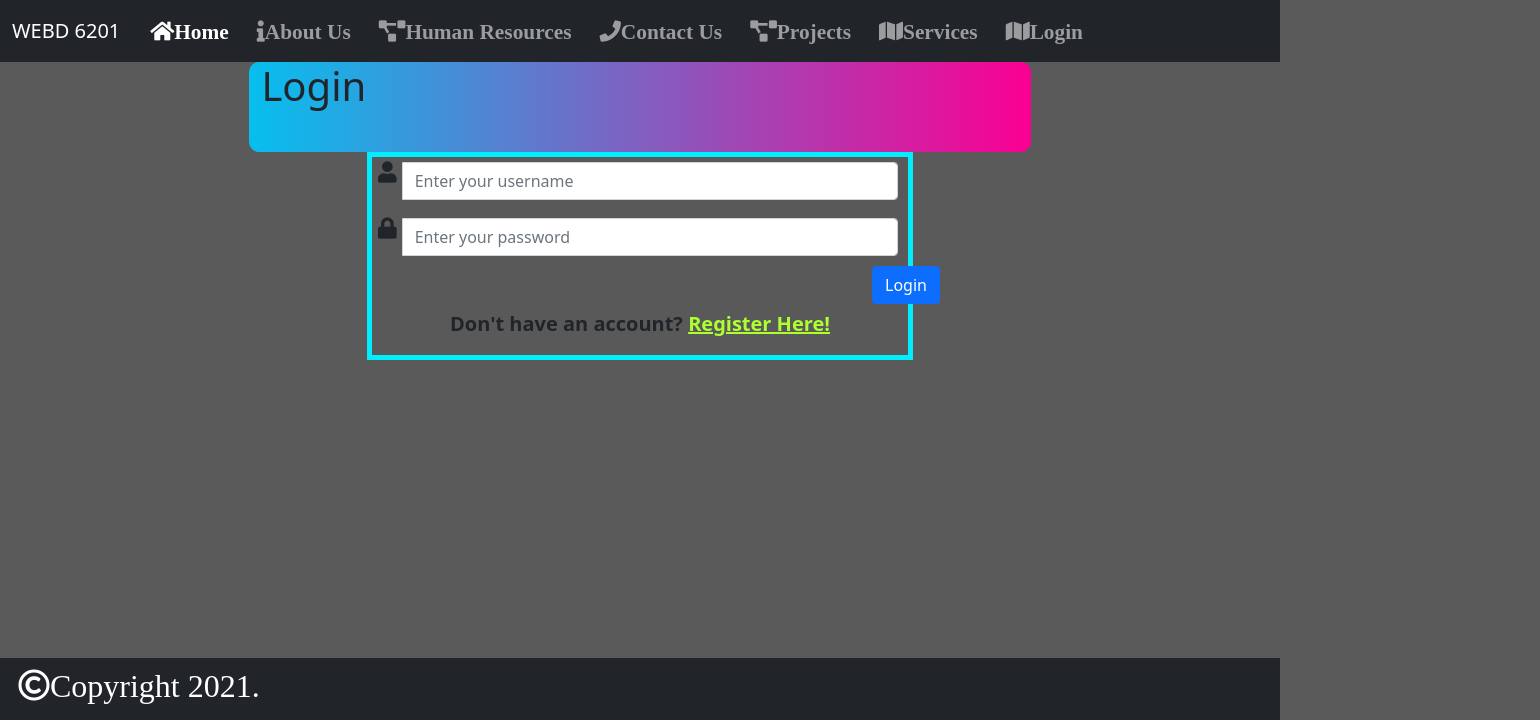
Repository: vans12345678/WEBD6201-W2021-Lab2
Page: login.html
These files come from the project's save history. The page is drawn as it stood at one moment and after the next save; the edit follows.
The browser window is 1280 px wide. The page is 1440 px wide, then 1540 px, so the pictures cover 1540 px, including what lies to the right of the window. The pictures show the whole page.

Above is the page before, as saved 2021-02-25 16:10:38.

### login.html
<!DOCTYPE html>
<html lang="en">
<head>
    <meta charset="UTF-8">
    <meta name="viewport" content="width=device-width, initial-scale=1.0">
    <title>Login</title>
    <!-- CSS Section -->
    <link rel="stylesheet" href="./node_modules/bootstrap/dist/css/bootstrap.min.css">
    <link rel="stylesheet" href="./node_modules/@fortawesome/fontawesome-free/css/all.min.css">
    <link rel="stylesheet" href="./Content/app.css">
</head>
<body>
    <!-- Main Header -->
    <header>
        <!-- Main Navigation -->
        <nav class="navbar navbar-expand-lg navbar-dark bg-dark">
            <div class="container-fluid">
                <a id ="navHome" class="navbar-brand" href="index.html"></a>
                <button class="navbar-toggler" type="button" data-bs-toggle="collapse" data-bs-target="#navbarSupportedContent" aria-controls="navbarSupportedContent" aria-expanded="false" aria-label="Toggle navigation">
                  <span class="navbar-toggler-icon"></span>
                </button>
                <div class="collapse navbar-collapse" id="navbarSupportedContent">
                  <ul id = "ulNav" class="navbar-nav me-auto mb-2 mb-lg-0">
                    <li class="nav-item">
                      <a  class="nav-link active" aria-current="page" href="index.html"><i id ="navIndex"class = "fas fa-home fa-lg"></i></a>
                    </li>
                    <li class="nav-item" id ="navAbout">
                      <a  class="nav-link " aria-current="page" href="about.html"><i id ="navAboutItem"class = "fas fa-info fa-lg"></i></a>
                    </li>
                    <li class="nav-item">
                      <a  class="nav-link " aria-current="page" href="contact.html"><i id ="navContact"class = "fas fa-phone fa-lg"></i></a>
                    </li>
                    <li class="nav-item">
                      <a  class="nav-link" aria-current="page" href="projects.html"><i id ="navProjects" class ="fas fa-project-diagram fa-lg">Products</i></a>
                    </li>
                    <li class="nav-item">
                      <a  class="nav-link " aria-current="page" href="services.html"><i id ="navServices"class = "fas fa-map fa-lg"></i></a>
                    </li>
                    <li class="nav-item">
                      <a  class="nav-link " aria-current="page" href="login.html"><i id ="navLogin"class = "fas fa-map fa-lg"></i></a>
                    </li>
                  </ul>
                </div>
              </div>
          </nav>
    </header>

    <!-- Main Content -->
    <main class="container" id="mainContent">
        <h1 class = "container">Login</h1>
      <div class="row">
          <div class="offset-md-3 col-md-6 col-sm-12">
                <div class="login" id="contentArea"></div>
                    <div id = "messageArea"></div>
                    <form class = "fromBackground" id="loginForm" novalidate>
                      <div class="form-group mb-2">
                        <div class="input-group">
                          <span class="input-group-addon">
                            <i class="fa fa-user fa-lg">
                            </i>
                          </span>
                          <input type="text" class="form-control inputMargin" id="username" name="username"  required
                          value="" placeholder="Enter your username">
                        </div>
                      </div>
                      <div class="form-group">
                        <div class="input-group">
                          <span class="input-group-addon">
                            <i class="fa fa-lock fa-lg">
                            </i>
                          </span>
                          <input type="password" class="form-control inputMargin" id="password" name="password"  required
                          value="" placeholder="Enter your password">
                        </div>
                      </div>
                      <div class="text-right">
                        <button id="submitButton" type="submit" class="btn btn-primary btn-md buttonMargin">Login</button>
                      </div>
                      <p class="text-center fs-5 fw-bold">
                        Don't have an account?
                        <a href="register.html">Register Here!</a>
                    </p>
                    </form>
                </div>

          </div>
      </div>
  </main>

    <!-- Main Footer -->
    <footer>
        <nav class="navbar fixed-bottom navbar-dark bg-dark">
            <div class="container-fluid">
                <h4><i id = "footer" class="far fa-copyright fa-lg site-footer"></i></h4>
            </div>
          </nav>
    </footer>
    <!-- Script Section -->
    <script src="./node_modules/jquery/dist/jquery.min.js"></script>
    <script src="./node_modules/bootstrap/dist/js/bootstrap.bundle.min.js"></script>
    <script src="./Scripts/app.js"></script>
</body>
</html>

### Content/app.css
/* custom css goes here */
.Vapor {
    background-image: url('../images/vapor.jpg');
    background-repeat: no-repeat;
    background-attachment: fixed;
    background-size: 100% 100%;
  }
  a {
    color: greenyellow;
  }
  .textFont
  {
    font-family: Arial, Helvetica, sans-serif;
    line-height: 32px;
  }
  body
  {
    background-color: rgb(90, 90, 90);
  }
  h1.container{
    border-radius: 10px;
    width: 70%;
    height: 90px;
    margin: 0px auto;
    background: linear-gradient(90deg,#06bfee,#fb0093)
  }
  h1.projects{
    background-color: white;
  }
  .contact-table{
    width: 100%;
    margin:  50px auto;
    background-color: white;
  }
  .contact-form
  {
    width: 100%;
    margin:  100px auto;
  }
  .warnMessage
  {
    width: 90%;
    margin:  50px;
  }
  .site-footer {
    color:white;
  }
  .formMargin
  {
    margin: 35px 70px;
  }
  .inputMargin
  {
    margin: 5px 10px;
  }
  .buttonMargin
  {
    margin: 5px 500px;
  }
  .fromBackground
  {
    background-color: #5a5a5aa1;
    border: 5px solid rgb(0, 238, 255);

  }
  i{
    margin:7px 6px;
  }

### Scripts/app.js
/************************************************************
 * Name: Andre Agrippa, Michai Pryce
 * Date: 01/20/2021
 * Description: This file adds functionality to the Home,
 * About Us, Human Resources, Contact Us, Projects and Services
 * pages.
 * Date Completed:
 */

"use strict";


(function(){

    /**
     * Display Nav bar function to display nav and footer
     */
    function DisplayNav()
    {
        let navTextElement = document.getElementById("navHome").textContent = "WEBD 6201";
        navTextElement = document.getElementById("navIndex").textContent = "Home";
        navTextElement = document.getElementById("navAboutItem").textContent = "About Us";

        let navAboutElement = document.getElementById("navAbout");
        let hrListItem = document.createElement("li");
        hrListItem.setAttribute("id", "liHumanResources");
        hrListItem.setAttribute("class", "nav-item");
        let navbar = document.getElementById("ulNav").appendChild(hrListItem);
        hrListItem.innerHTML = `<a class="nav-link" aria-current="page" href="human-resources.html">
        <i id ="navHumanResources" class ="fas fa-project-diagram fa-lg">Human Resources</i></a>`;
        if(document.title === "Human Resources"){
            hrListItem.innerHTML = `<a class="nav-link active" aria-current="page" href="human-resources.html">
            <i id ="navHumanResources" class ="fas fa-project-diagram fa-lg">Human Resources</i></a>`;
        }

        navAboutElement.after(hrListItem);

        navTextElement = document.getElementById("navContact").textContent = "Contact Us";
        navTextElement = document.getElementById("navProjects").textContent = "Projects";
        navTextElement = document.getElementById("navServices").textContent = "Services";
        navTextElement = document.getElementById("navLogin").textContent = "Login";
        navTextElement = document.getElementById("footer").textContent = "Copyright 2021.";
    }

    /**
     * Display home to display index page
     */
    function displayHome()
    {
        DisplayNav();
        let introText = "This is a simple site to demonstrate the about, contact, human resources, projects and services requirements for Lab 1 WEBD 6201 - Client Side Scripting";
        let titleText = "Welcome to WEBD 6201";

        let introTextElement = document.getElementById("indexTitle").textContent = titleText;
        introTextElement = document.getElementById("indexParagraph").textContent = introText;

    }
    /**
     * Display about to display about the creators
     */
    function displayAbout()
    {
        DisplayNav();

        //About Andre
        let aboutElement = document.getElementById("aboutTitle").textContent = "About Us";
        aboutElement = document.getElementById("aboutAText");
        aboutElement.innerHTML = `<h1>Andre Agrippa:</h1>
        <p class = "">I'm a 2nd year student at Durham College in the Computer Programming and Analysis program. I've been
        coding for several years now because I enjoy it and always looking to improve in this aspect.</p>
        <a class = "fa-lg" href="./resumes/andre_resume.pdf" download>Resume Download</a></br></br>
        <img src="./images/aa.jpg" alt="" style="width:500px;height:450px;">`;

        //About Michai
        aboutElement.innerHTML += `<h1>Michai Pryce:</h1>
        <p class = ""> Hello, I am in my final year in the Computer Programming Program at Durham College. I love
        to code and learn about the evergrowing advancements in technology. This is the demonstration for our first lab!
        </p>
        <a class = "fa-lg" href="./resumes/Copy_of_Resume.docx" download>Resume Download</a></br></br>
        <img src="./images/m.jpg" alt="" style="width:500px;height:450px;">`;

    }
    /**
     * Display top 3 projects page
     */
    function displayProjects()
    {
        DisplayNav();

        //Projects 1
        let projectsElement = document.getElementById("projectsTitle").textContent = "Projects";
        projectsElement = document.getElementById("projectsText").innerHTML =
        `<h3>Project One: COBOL Item List</h3>
        <p>This project reads records from a .dat file, performs calculations on the data then outputs it to a .out file neatly formatted.</p>
        <img src="./images/p1.png" alt="" style="width:800px;height:500px;">`;

        //Projects 2
        projectsElement = document.getElementById("projectsText").innerHTML +=
        `<h3>Project Two: C#, XAML, MDF  Preferred Shares and Common Shares</h3>
        <p>This project uses XAML for the windows form and a database to keep track of common and preferred shares.
        The database keeps track of how many shares(common/preferred) are  available and validation is applied.</p>
        <img src="./images/p2.png" alt="" style="width:800px;height:500px;">`;

        //Projects 3
        projectsElement = document.getElementById("projectsText").innerHTML +=
        `<h3>Project Three: ASP.NET and MVC Framework Animal Shelter</h3>
        <p>This project is a web application that keeps track of animals, owners, appointment and login info in a database.
        Relational database concepts are applied.</p>
        <img src="./images/p3.png" alt="" style="width:800px;height:500px;">`;

    }
    /**
     * Display top 3 services page
     */
    function displayServices()
    {
        DisplayNav();

        //Services 1
        let servicesElement = document.getElementById("servicesTitle").textContent = "Services";
        servicesElement = document.getElementById("servicesText").innerHTML =
        `<h3>Web Development:</h3>
        <p>We offer a variety of different web development (Front-end, Back-end, Databases). Languages (PHP, ASP.NET, JavaScript)</p>
        <img src="./images/s1.jpg" alt="" style="width:800px;height:500px;">`;

        //Services 2
        servicesElement = document.getElementById("servicesText").innerHTML +=
        `<h3>OOP Programming</h3>
        <p>We offer a variety of different Object Oriented Programming. We're experienced with C#, C++, Java etc.
        Whether it be windows forms applications, console applications GUI, etc.</p>
        <img src="./images/s2.png" alt="" style="width:800px;height:500px;">`;

        //Services 3
        servicesElement = document.getElementById("servicesText").innerHTML +=
        `<h3>Database Management System</h3>
        <p>It's been almost 3 years since we've had experience in database development. We've used software such as
        Microsoft SQL Server and PgAdmin4. Experienced with relational database concepts.</p>
        <img src="./images/s3.jpg" alt="" style="width:800px;height:500px;">`;


    }
    /**
     * Display contact form page
     */
    function displayContact()
    {
        DisplayNav();

        let messageArea = document.getElementById("messageArea");
        messageArea.hidden = true;

        //form validation
        let fullName = document.getElementById("fullName");
        fullName.addEventListener("blur", function()
        {
            if(fullName.value.length < 2)
            {
                fullName.focus();
                fullName.select();
                messageArea.hidden = false;
                messageArea.className = "alert alert-danger  ";
                messageArea.textContent = "Please enter an appropriate name > 2 characters";
            }
            else
            {
                messageArea.removeAttribute("class");
                messageArea.hidden = true;
            }
        });
            let sendButton = document.getElementById("sendButton");
            sendButton.addEventListener("click", function(event)
            {
                event.preventDefault();
                // //Displays twice?

                let contact = new Contact(fullName.value,contactNumber.value, emailAddress.value, shortMessage.value);

                console.log(contact.serialize());
                if(contact.serialize())
                {
                    localStorage.setItem((localStorage.length + 1).toString(),contact.serialize());

                    window.location.href = "index.html";
                }

            });

    }
    /**
     * Human resources page
     */
    function displayHumanResources()
    {
        DisplayNav();
    }
    function displayLogin()
    {
        DisplayNav();
    }
    function displayRegister()
    {
        DisplayNav();
    }

    /**
     * Start function, depending on document title will load specific page
     */
    function Start()
    {
        console.log("App Started...");

        //Based of title of html
        switch(document.title)
        {
            case "Index":
                displayHome();
                break;
            case "About Us":
                displayAbout();
                break;
            case "Projects":
                displayProjects();
                break;
            case "Services":
                displayServices();
                break;
            case "Contact Us":
                displayContact();
                break;
            case "Contact-List":
                displayContactList();
                break;
            case "Human Resources":
                displayHumanResources();
                break;
            case "Login":
                displayLogin();
                break;
            case "Register":
                displayRegister();
                break;
        }


    }

    window.addEventListener("load", Start);

})();

Loaded but not shown: node_modules/bootstrap/dist/css/bootstrap.min.css (library); node_modules/@fortawesome/fontawesome-free/css/all.min.css (library); node_modules/jquery/dist/jquery.min.js (library); node_modules/bootstrap/dist/js/bootstrap.bundle.min.js (library)

After the next save:
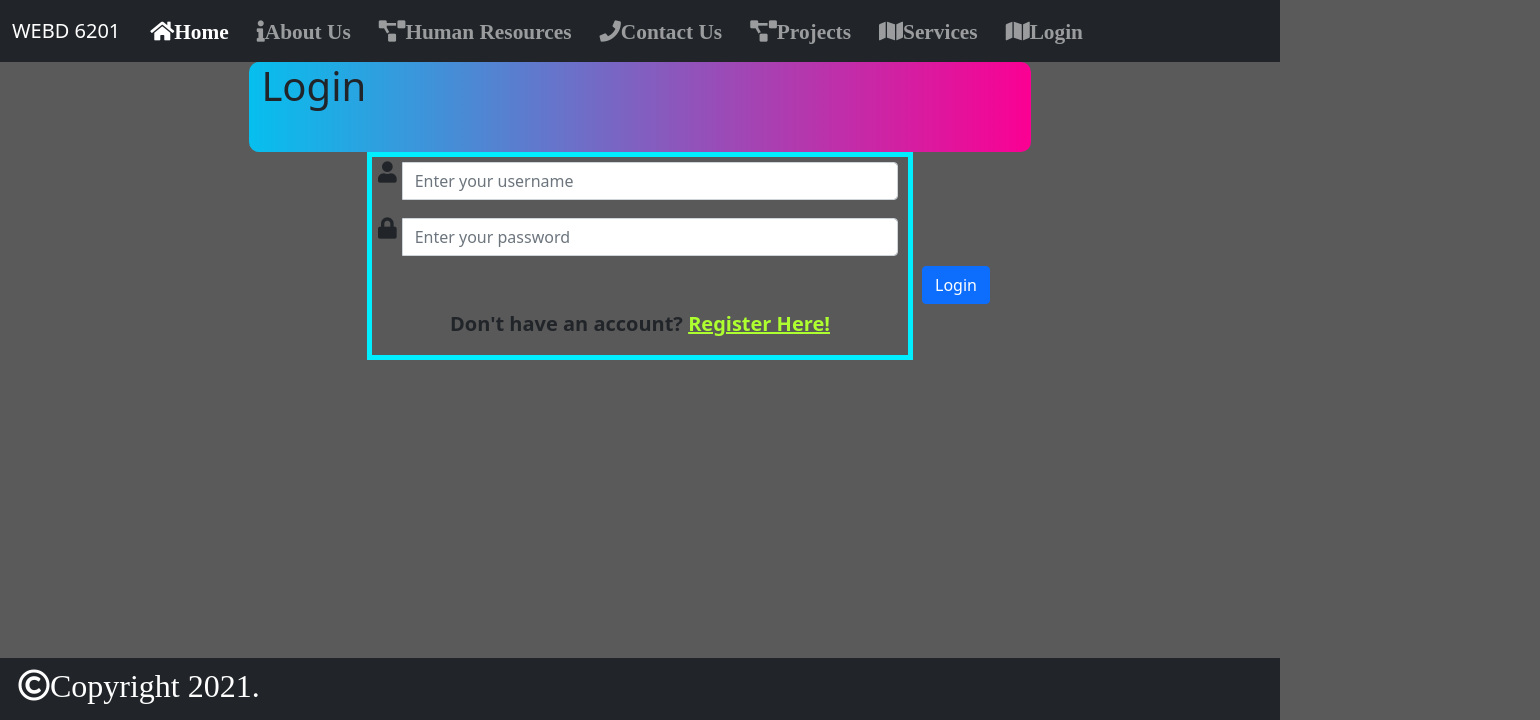
Saved 5 s later.
--- a/Content/app.css
+++ b/Content/app.css
@@ -55,7 +55,7 @@
   }
   .buttonMargin
   {
-    margin: 5px 500px;
+    margin: 5px 550px;
   }
   .fromBackground
   {
